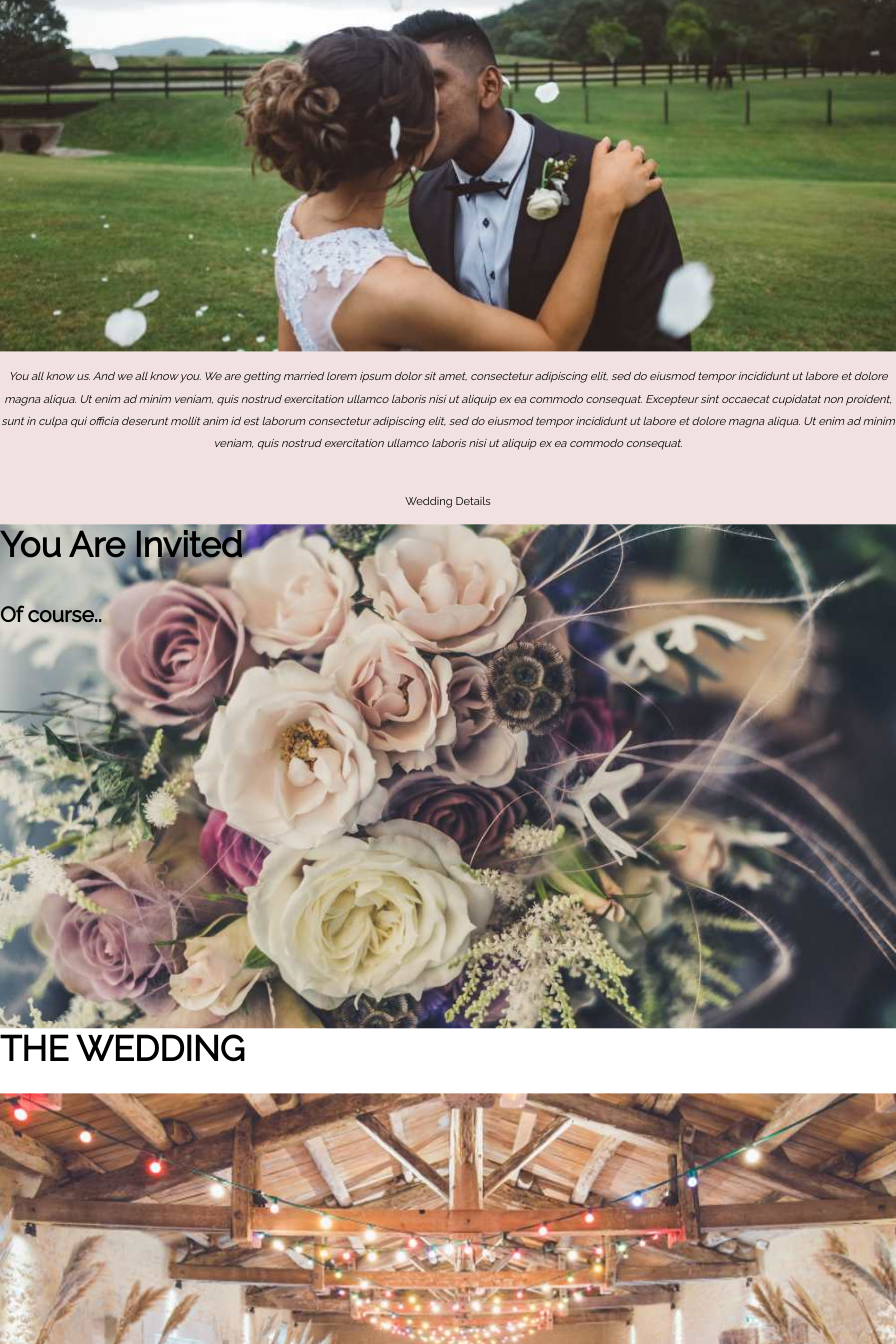
Repository: hesshess/clonecoding-assignment
Page: 4-wedding-invitation/template4.html
An editor plug-in stored every save of this project. The page is shown before and after the next save, followed by the edit.
The browser window is 1280 px wide. The pictures show the part of the page from y = 1030 to 2950 px (the page is 3968 px tall), at 70% of full size.

Above is the page before, as saved 2022-03-17 18:06:24.

### 4-wedding-invitation/template4.html
<!DOCTYPE html>
<html>
<head>
<title>W3.CSS Template</title>
<meta charset="UTF-8">
<meta name="viewport" content="width=device-width, initial-scale=1">
<link rel="stylesheet" href="./template4.css">
<link rel="stylesheet" href="https://fonts.googleapis.com/css?family=Raleway">
<style>
</style>
</head>
<body>

<!-- Header / Home-->
<header class="bgimg full" style="background-image: url('./img/wedding_couple.jpg');" id="home">
    <h1 >Jane & John</h1>
    <h2>Are getting married</h2>
    <h2><b>17.07.2017</b></h2>
</header>

<!-- Navbar (sticky bottom) -->

  <nav>
    <a href="#home">Home</a>
    <a href="#us" >Jane & John</a>
    <a href="#wedding">Wedding</a>
    <a href="#rsvp">RSVP</a>
  </nav>


<!-- About / Jane And John -->
<div  id="us">
  <div>
    <h1 ><b>Jane & John</b></h1>
    <img  src="./img/wedding_couple2.jpg">
    <p><i>You all know us. And we all know you. We are getting married lorem ipsum dolor sit amet, consectetur adipiscing elit, sed do eiusmod tempor incididunt ut labore et dolore magna aliqua. Ut enim ad minim veniam, quis nostrud exercitation ullamco laboris nisi ut aliquip ex ea commodo consequat. Excepteur sint
      occaecat cupidatat non proident, sunt in culpa qui officia deserunt mollit anim id est laborum consectetur adipiscing elit, sed do eiusmod tempor incididunt ut labore et dolore magna aliqua. Ut enim ad minim veniam, quis nostrud exercitation ullamco
      laboris nisi ut aliquip ex ea commodo consequat.</i>
    </p><br>
    <p ><a href="#wedding" >Wedding Details</a></p>
  </div>
</div>

<!-- Background photo -->
<div class="bgimg2 full" style ="background-image: url('./img/flowers.jpg');">
  <div >
    <h1 >You Are Invited</h1><br>
    <h2>Of course..</h2>
  </div>
</div>

<!-- Wedding information -->
<div  id="wedding">
  <div >
    <h1 ><b>THE WEDDING</b></h1>
    <img  src="./img/wedding_location.jpg" s>
    <div>
      <div >
        <h2>When</h2>
        <p>Wedding Ceremony - 2:00pm</p>
        <p>Reception & Dinner - 5:00pm</p>
      </div>
      <div >
        <h2>Where</h2>
        <p>Some place, an address</p>
        <p>Some where, some address</p>
      </div>
    </div>
  </div>
</div>

<!-- RSVP section -->
<div  id="rsvp">
  <h1>HOPE YOU CAN MAKE IT!</h1>
  <p >Kindly Respond By January, 2017</p>
  <p >
    <div>RSVP</div>
  </p>
</div>

<!-- Footer -->
<footer >
  <p>Powered by w3.css</p>
</footer>

</body>
</html>

### 4-wedding-invitation/template4.css
@charset "UTF-8";
body,
h1,
h2 {
  font-family: 'Raleway', sans-serif;
  margin-top: 0;
}
body,
html {
  box-sizing: border-box;
  margin: 0;
  height: 100%;
}
h1 {
  font-size: 50px;
}
h2 {
  font-size: 30px;
}
h3 {
  font-size: 25px;
  font-weight: 100;
}
h4 {
  font-size: 20px;
}
h5 {
  font-size: 15px;
}
h6 {
  font-size: 10px;
}
p {
  line-height: 2;
}
a {
  padding: 10px 70px;
  text-decoration: none;
  color: black;
}
a:hover {
  background-color: lightgray;
  border-radius: 1px;
}
.bgimg,
.bgimg2 {
  min-height: 100%;
  background-position: center;
  background-size: cover;
}
header {
  height: 100%;
  width: 100%;
  display: flex;
  flex-direction: column;
  justify-content: center;
  align-items: center;
  color: white;
  letter-spacing: 5px;
}
nav {
  box-sizing: border-box;
  width: 100vw;
  display: flex;
  padding: 5px 0;
  justify-content: space-around;
  position: fixed;
  bottom: 0;
  background-color: white;
  z-index: 2;
  opacity: 0.8;
}
#us {
  background-color: #f1e1e1;
  display: flex;
  flex-direction: column;
  justify-content: center;
  align-items: center;
  text-align: center;
}
img {
  width: 100%;
}

.center {
  width: 90%;
}

After the next save:
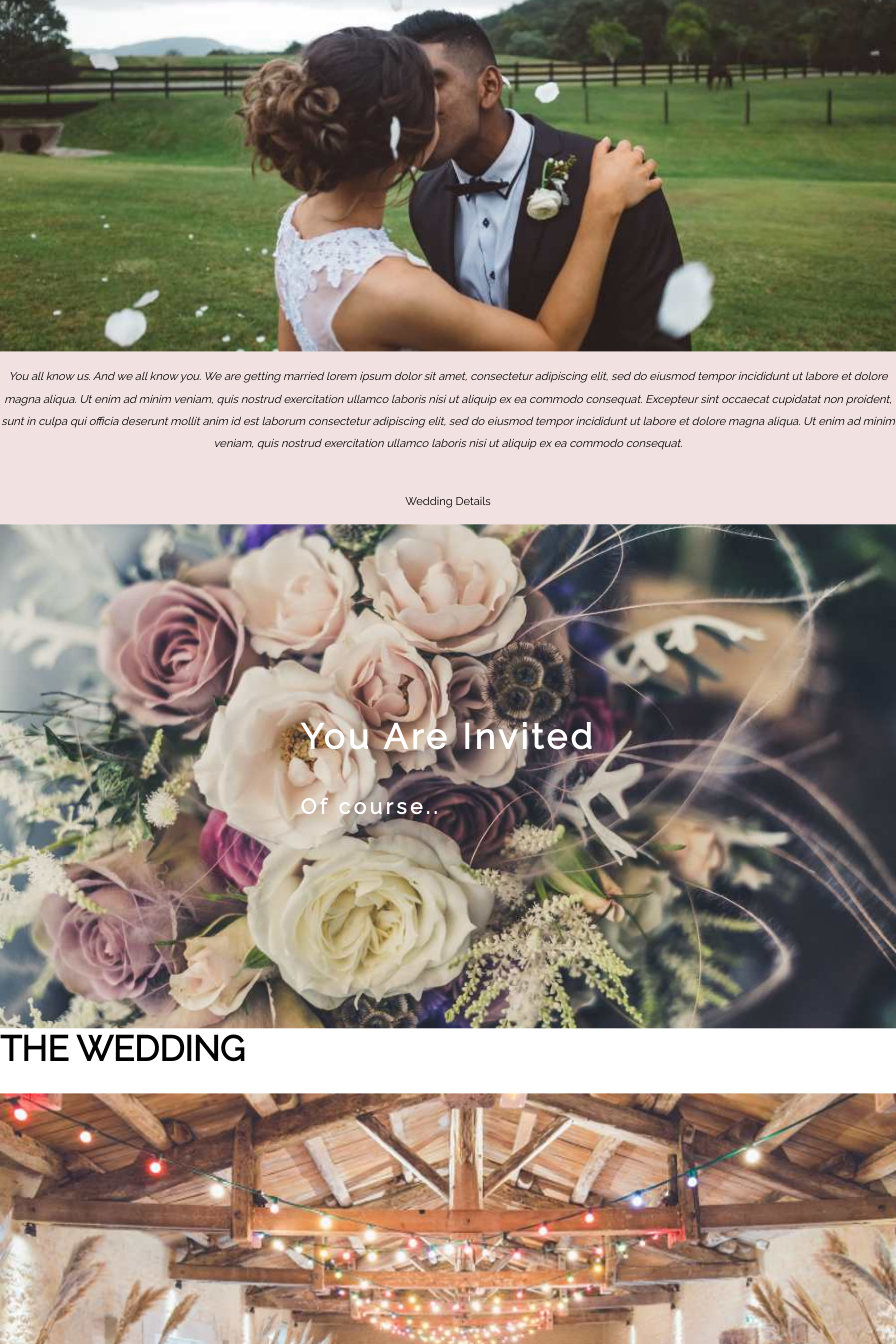
Saved 7 s later.
--- a/4-wedding-invitation/template4.css
+++ b/4-wedding-invitation/template4.css
@@ -48,7 +48,7 @@ a:hover {
   background-position: center;
   background-size: cover;
 }
-header {
+.full {
   height: 100%;
   width: 100%;
   display: flex;
